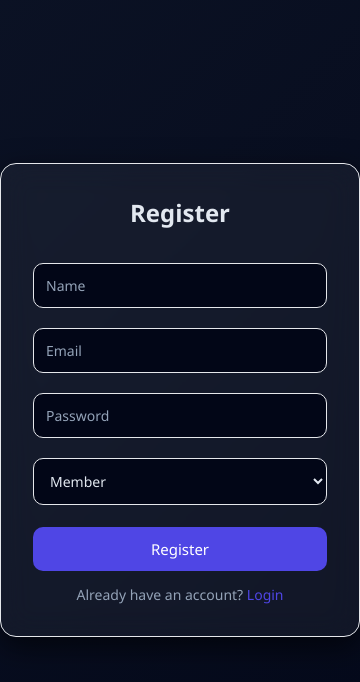
Repository: Saksham706/ethara-assignment
Page: /register (app in frontend/)
An editor plug-in stored every save of this project. The page is shown before and after the next save, followed by the edit.
The browser window is 360 px wide. The pictures show the whole page.
The project was rebuilt for these pictures with package versions that can differ from the ones it lists, and the page was loaded fresh each time. Also part of the build but not shown: frontend/vite.config.js, frontend/src/pages/Login.jsx, frontend/src/styles/layout.css, frontend/src/components/Layout.jsx, frontend/src/styles/forms.css, frontend/src/components/ProjectForm.jsx, frontend/src/components/TaskForm.jsx, frontend/src/styles/task.css and 3 more.

Above is the page before, as saved 2026-04-30 18:26:11.

After the next save:
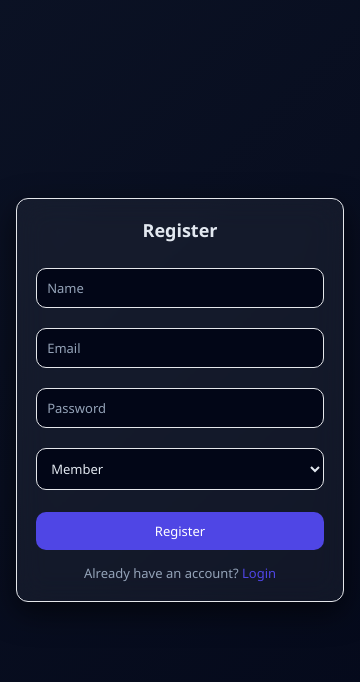
Saved 45 s later.
--- a/frontend/src/styles/auth.css
+++ b/frontend/src/styles/auth.css
@@ -161,3 +161,77 @@
 * {
   transition: all 0.2s ease-in-out;
 }
+
+/* ================= RESPONSIVE DESIGN ================= */
+
+/* Tablets */
+@media (max-width: 768px) {
+  .auth-box {
+    width: 90%;
+    padding: 1.8rem;
+  }
+
+  .auth-box h2 {
+    font-size: 22px;
+  }
+
+  .auth-box input,
+  .auth-box select {
+    padding: 11px;
+    font-size: 14px;
+  }
+
+  .auth-box button {
+    padding: 11px;
+    font-size: 14px;
+  }
+}
+
+/* Mobile devices */
+@media (max-width: 480px) {
+  .auth-container {
+    padding: 1rem;
+  }
+
+  .auth-box {
+    width: 100%;
+    padding: 1.5rem;
+    border-radius: 12px;
+  }
+
+  .auth-box h2 {
+    font-size: 20px;
+    margin-bottom: 1rem;
+  }
+
+  .auth-box input,
+  .auth-box select {
+    padding: 10px;
+    font-size: 13px;
+  }
+
+  .auth-box button {
+    padding: 10px;
+    font-size: 13px;
+  }
+
+  .auth-switch {
+    font-size: 13px;
+  }
+
+  .error {
+    font-size: 12px;
+    padding: 6px;
+  }
+}
+
+/* Extra small devices */
+@media (max-width: 360px) {
+  .auth-box {
+    padding: 1.2rem;
+  }
+
+  .auth-box h2 {
+    font-size: 18px;
+  }
+}
